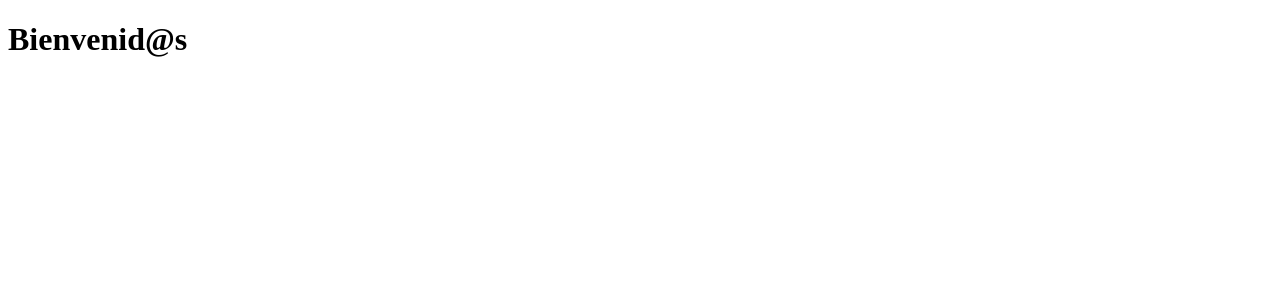
Repository: MiguelonDev/CursoIonic
Page: EclipseWorkSpace/JqueryCompleto/EjemploConJQuery.html
The author's editor kept a copy of each file at every save. The page is drawn from the files as they stood at one save, then again after the next save.
The browser window is 1280 px wide. The pictures show the whole page.

Above is the page before, as saved 2018-09-26 15:49:51.

After the next save:
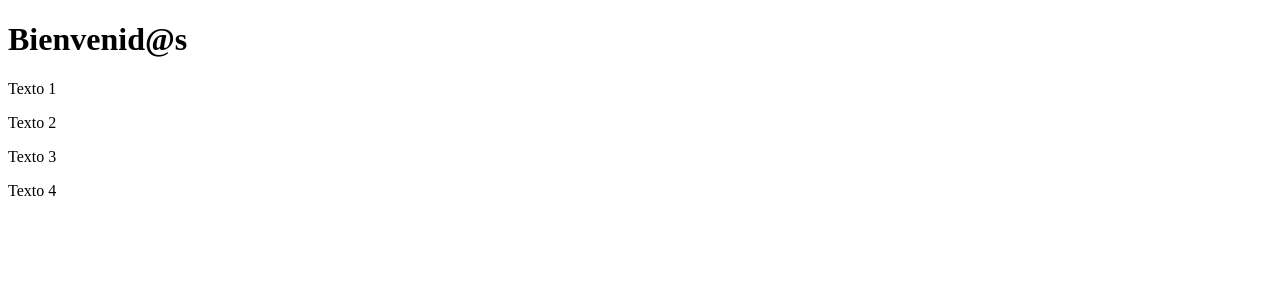
Console error: ReferenceError: $ is not defined
Saved 2 min 17 s later.
--- a/EclipseWorkSpace/JqueryCompleto/EjemploConJQuery.html
+++ b/EclipseWorkSpace/JqueryCompleto/EjemploConJQuery.html
@@ -3,7 +3,7 @@
 <head>
 <meta charset="UTF-8">
 <title>Miguel Aguirre Varela</title>
-
+<script src=""></script>
 </head>
 <body>
 
@@ -15,14 +15,9 @@
 	<p>Texto 4</p>
 </div>
 <script>
-window.onload=init;
-function init(){
-	alert("entra");
-	var oculto = document.querySelectorAll('#contenedor p');
-	for (var i = 0; i< oculto.length; i++){
-		oculto[i].style.visibility= 'hidden';
-	}
-}
+$(document).ready(function(){
+	$('#contenedor p').hide();
+})
 
 </script>
 </body>
